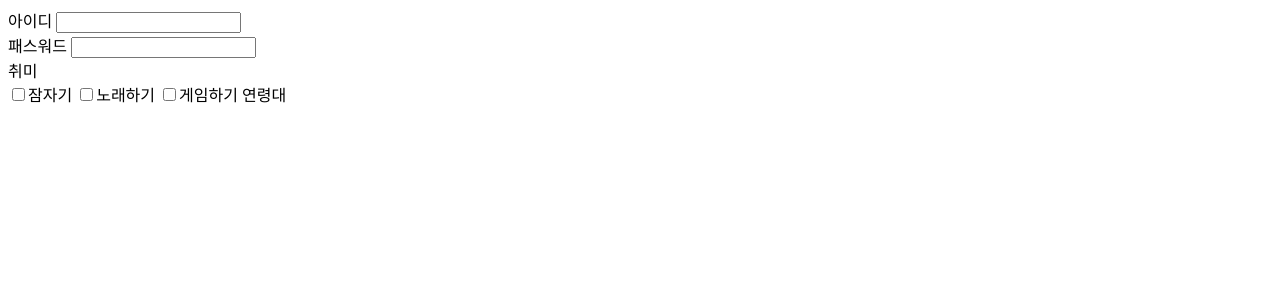
Repository: jeongho97/JSP
Page: http://localhost/JSP/insert.jsp
An editor plug-in stored every save of this project. The page is shown before and after the next save, followed by the edit.
The browser window is 1280 px wide. The pictures show the whole page.
The page is served by Tomcat 9. Other server files are loaded and not shown.

Above is the page before, as saved 2022-05-17 03:13:22.

### JSP/WebContent/insert.jsp
<%@ page language="java" contentType="text/html; charset=UTF-8"
    pageEncoding="UTF-8"%>
<!DOCTYPE html>
<html>
<head>
<meta charset="UTF-8">
<title>Insert title here</title>
</head>
<body>
<form action="hello">
아이디  <input type="text" name="id">
<br>
패스워드 <input type="password" name="pw">
<br>
취미
<br>
<lable><input type="checkbox" name="hobby" value="축구">잠자기</lable>
<lable><input type="checkbox" name="hobby" value="농구">노래하기</lable>
<lable><input type="checkbox" name="hobby" value="야구">게임하기</lable>

연령대
<br>

<br>
</form>
</body>
</html>

After the next save:
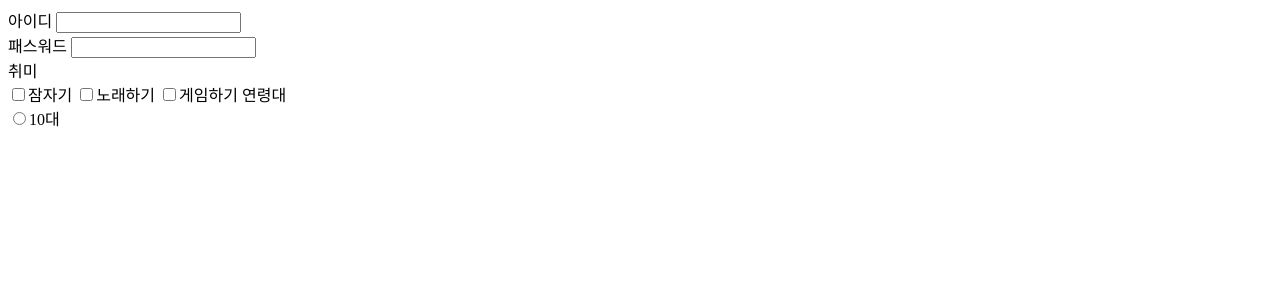
Saved 80 s later.
--- a/JSP/WebContent/insert.jsp
+++ b/JSP/WebContent/insert.jsp
@@ -20,7 +20,7 @@
 
 연령대
 <br>
-
+<input type="radio" name="10대" value="10">10대
 <br>
 </form>
 </body>
